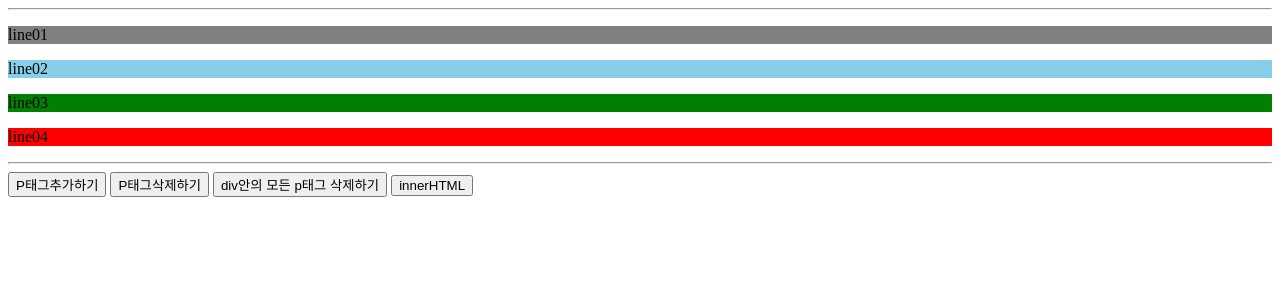
Repository: snowcuphea/webwork_class
Page: clientweb/WebContent/js_dom/domExam.html
An editor plug-in stored every save of this project. The page is shown before and after the next save, followed by the edit.
The browser window is 1280 px wide. The pictures show the whole page.
After loading, the first visible `#insertbtn` was clicked once.

Above is the page before, as saved 2020-01-10 05:18:12.

After the next save:
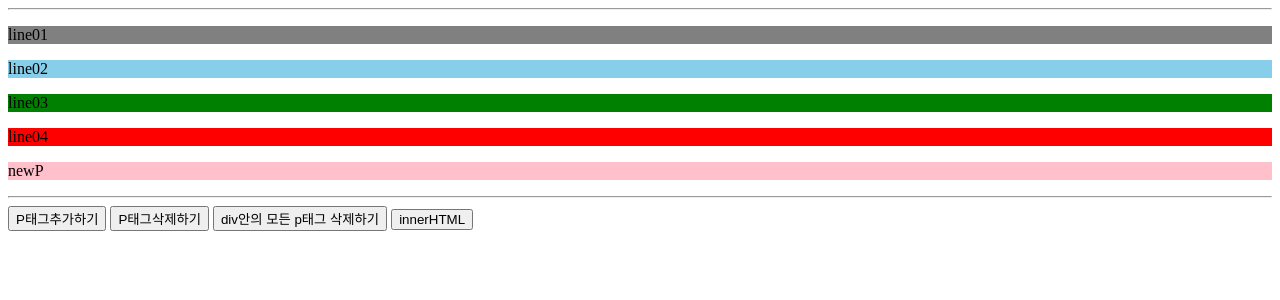
Saved 3 min 34 s later.
--- a/clientweb/WebContent/js_dom/domExam.html
+++ b/clientweb/WebContent/js_dom/domExam.html
@@ -6,7 +6,6 @@
 
 <script type="text/javascript">
 	function insertP() {
-		document.getElementById("insertbtn").onclick = function() {
 			newpNode = document.createElement("p");
 			newpNode.setAttribute("style", "background: pink");
 			plustextNode = document.createTextNode("newP");
@@ -17,11 +16,9 @@
 
 			// 3. target노드에 새롭게 생성한 노드를 추가 -하위노드로 추가
 			targetNode.appendChild(newpNode);
-		}
+
 	}
 	function deleteP() {
-			document.getElementById("deletebtn").onclick = function() {
-
 			targetNode = document.getElementById("root");
 			deleteNode = targetNode.lastChild;
 
@@ -30,20 +27,20 @@
 
 			}
 
-		}
+
 	}
 
 	function deleteDivAndP() {
 		document.getElementById("deleteallbtn").onclick = function() {
 
-		targetNode = document.getElementById();
-		deleteNode = targetNode.lastChild;
+		parentNode = document.getElementById();
+		deleteNode = parentNode.lastChild;
 
 
 
-		while(targetNode.childNodes.length!=0)
+		while(parentNode.childNodes.length!=0)
 		{
-			targetNode.removeChild(deleteNode);
+			parentNode.removeChild(deleteNode);
 		}
 
 	}
